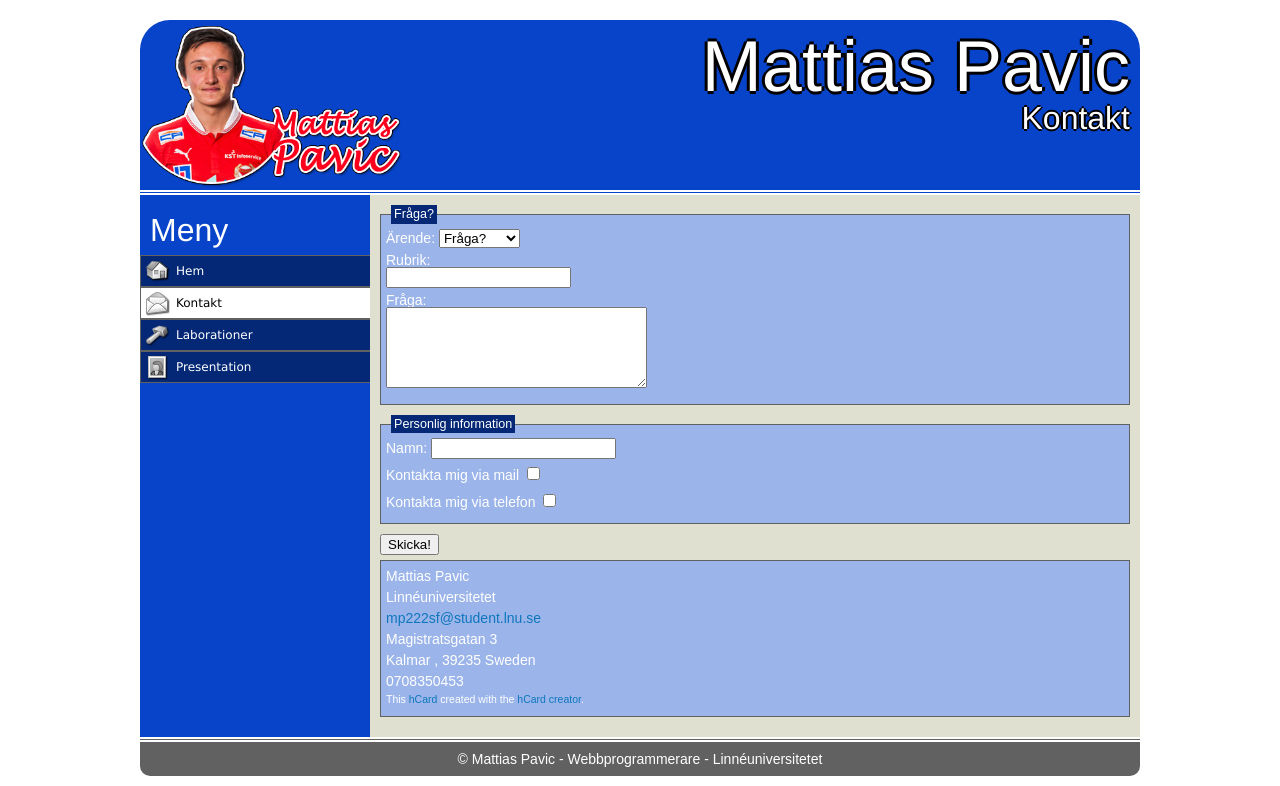
Repository: mp222sf/1ik415-laborationer
Page: pages/kontakt.html
The author's editor kept a record of every edit. The page is drawn from the files as they stood at one moment, then again after the next edit.
The browser window is 1280 px wide. The pictures show the whole page.

Above is the page before.

### pages/kontakt.html
<!doctype html>
<html lang="sv">
    <head>
        <meta charset="utf-8" />
        <title>Mattias Pavic</title>
        <meta name="viewport" content="width=device-width, initial-scale=1, user-scalable=0, maximum-scale=1">
        <link rel="stylesheet" href="../css/style.css" media="screen" />
        <link rel="stylesheet" href="../css/print.css" media="print" />
        <link rel="stylesheet" href="../css/mobileDevices.css" media="only screen and (max-width: 480px)" />
        <link rel="shortcut icon" type="image/png" href="../pics/favicon.png" />

    </head>
    <body>
        <div id="cointainer">
            <div id="header">
                  <h1>Mattias Pavic</h1>
                <h3>Kontakt</h3>
            </div>
            <div id="navigation_content">
            <div id="navigation">
                <h3>Meny</h3>
                    <ul id="meny">
                    <li><a id="meny_hem" href="../index.html">Hem</a></li>
                     <li><a class="current" id="meny_kontakt" href="kontakt.html">Kontakt</a></li>
                     <li><a id="meny_laborationer" href="laborationer.html">Laborationer</a></li>
                     <li><a id="meny_presentation" href="presentation.html">Presentation</a></li>
                    </ul>
            </div>
            <div id="content">
                <!--Här skriver vi infomation.-->

                <form action="http://voyager.lnu.se/tekinet/kurser/dtt/wp_webbintro/form.php" method="POST">
                    <fieldset>
                    <legend>Fråga?</legend>
                    <p class="form"><label for="arande">Ärende:</label> <select id="arande" name="arende">
                        <option value="arende_fraga" selected>Fråga?</option>
                        <option value="arende_feedback">Feedback</option>
                    </select></p>
                    <label for="rubrik">Rubrik:</label>
                    <p class="form"><input type="text" id="rubrik" name="rubrik" /></p>
                    <label for="fraga">Fråga:</label>
                    <p class="form"><textarea id="fraga" rows="5" cols="30" name="fraga"></textarea></p></fieldset>
                    <fieldset>
                    <legend>Personlig information</legend>
                    <p class="form"><label for="namn">Namn: </label><input id="namn" type="text" name="namn" /></p>
                    <p class="form"><label for="via-mail">Kontakta mig via mail </label><input id="via-mail" type="checkbox" name="via-mail" value="kontakt_mail" /> </p>
                    <p class="form"><label for="via-telefon">Kontakta mig via telefon </label><input id="via-telefon" type="checkbox" name="via-telefon" value="kontakt_telefon" /></p></fieldset>
                    <p class="form"></p>
                    <p class="form"><input type="submit" value="Skicka!" /></p>
                </form>


                <fieldset>
                <div id="hcard-Mattias-Pavic" class="vcard">

                    <span class="fn">Mattias Pavic</span>
                    <div class="org">Linnéuniversitetet</div>
                    <a class="email" href="mailto:mp222sf@student.lnu.se">mp222sf@student.lnu.se</a>
                    <div class="adr">
                        <div class="street-address">Magistratsgatan 3</div>
                        <span class="locality">Kalmar</span>
                        ,
                        <span class="postal-code">39235</span>

                        <span class="country-name">Sweden</span>

                    </div>
                    <div class="tel">0708350453</div>
                    <p class="italic, smaller-font-size">This <a href="http://microformats.org/wiki/hcard">hCard</a> created with the <a href="http://microformats.org/code/hcard/creator">hCard creator</a>.</p>
                </div>
                </fieldset>


            </div>
            </div>
            <div id="footer">
            © Mattias Pavic - Webbprogrammerare - Linnéuniversitetet
            </div>

        </div>




    </body>
</html>

### css/style.css
/* http://meyerweb.com/eric/tools/css/reset/
   v2.0 | 20110126
   License: none (public domain)
*/

html, body, div, span, applet, object, iframe,
h1, h2, h3, h4, h5, h6, p, blockquote, pre,
a, abbr, acronym, address, big, cite, code,
del, dfn, em, img, ins, kbd, q, s, samp,
small, strike, strong, sub, sup, tt, var,
b, u, i, center,
dl, dt, dd, ol, ul, li,
fieldset, form, label, legend,
table, caption, tbody, tfoot, thead, tr, th, td,
article, aside, canvas, details, embed,
figure, figcaption, footer, header, hgroup,
menu, nav, output, ruby, section, summary,
time, mark, audio, video {
	margin: 0;
	padding: 0;
	border: 0;
	font-size: 100%;
	font: inherit;
	vertical-align: baseline;
}
/* HTML5 display-role reset for older browsers */
article, aside, details, figcaption, figure,
footer, header, hgroup, menu, nav, section {
	display: block;
}
body {
	line-height: 1;
}
ol, ul {
	list-style: none;
}
blockquote, q {
	quotes: none;
}
blockquote:before, blockquote:after,
q:before, q:after {
	content: '';
	content: none;
}
table {
	border-collapse: collapse;
	border-spacing: 0;
}


a:link {
    color:#0E77BE;
    text-decoration: none;
}
a:visited {
    color:#0E77BE;
    text-decoration: none;

}

a:hover {
    color:#0744C9;
    text-decoration: underline;
}
a:focus {
    color:#0744C9;
    text-decoration: underline;
}
a:active {
    color:#0744C9;
    text-decoration: underline;
}



/*
        CONTAINER
                        */
#cointainer {
    background-color:white;
    color:black;
    width:1000px;
    margin: 0 auto;
    text-align:left;
    font-size: 14px;
    font-family: "Arial", "Lucida Grande", "Lucida Sans Unicode", Helvetica, sans-serif;

}





/* ------------------
        HEADER
   ------------------ */
#header {
    background-color:#0744C9;
    background-image: url('../pics/jag_logotype.png');
    background-size: contain;
    background-repeat: no-repeat;
    color:white;
    text-align:left;
    height:150px;
    padding:10px;
    margin: 20px 0px 0px 0px;
    border-radius: 30px 30px 0px 0px;

    border-bottom: 5px double white;

}
#header h1 {
    font-family: "Franklin Gothic Medium";
   font-size:72px;
   text-align: right;
   text-shadow: -3px 0 black, 0 3px black, 3px 0 black, 0 -3px black;
}
#header h3 {
    font-family: "Franklin Gothic Medium";
   font-size:32px;
   text-align: right;
   text-shadow: -2px 0 black, 0 2px black, 2px 0 black, 0 -2px black;
}


/* ------------------
    NAVIGATION-CONTENT
   ------------------ */
#navigation_content {

    background-color:#0744C9;
    height:100%;
    float:left;
}


/* ------------------
    NAVIGATION
   ------------------ */
#navigation           {
    line-height:30px;
    background-color:#0744C9;
    width:230px;
    height:100%;
    float:left;
    padding:0px;
    color:white;
}
#navigation h3 {
    font-family: "Franklin Gothic Medium";
   font-size:32px;
   margin-bottom:10px;
   margin-top:20px;
   margin-left:10px;

}
#navigation ul {
    list-style-type: none;
    margin-left:0px;
    font-size:12px;
}



#navigation li a {
display: block;
width: 195px;
margin-left: 0px;
padding: 0px 0px 0px 35px;
text-align: left;
font-family: "Lucida Grande", "Lucida Sans Unicode", Helvetica, Arial, sans-serif;
font-size: 12px;
color:#042875;
border-radius: 0px;
border: 1px solid #616161;
background: #042875;
background-image: url('pics/sprite.png');
background-repeat: no-repeat;
cursor: pointer;


}


#navigation li a:focus {
background:#0744C9;
color: white;
background-image: url('pics/sprite.png');
background-repeat: no-repeat;
cursor: pointer;
}
#navigation li a:hover {
cursor: pointer;
background:#0744C9;
color: white;
background-image: url('pics/sprite.png');
background-repeat: no-repeat;
cursor: pointer;
}
#navigation a:link, #navigation a:visited {
color: white;
text-decoration: none;
}


#navigation li a#meny_hem {
background-position: 5px -45px;
}
#navigation li a:hover#meny_hem {
background-position: 5px 3px;
}
#navigation li a:focus#meny_hem {
background-position: 5px 3px;
}

#navigation li a#meny_kontakt {
background-position: 5px -332px;
}
#navigation li a:hover#meny_kontakt {
background-position: 5px -284px;
}
#navigation li a:focus#meny_kontakt {
background-position: 5px -284px;
}

#navigation li a#meny_laborationer {
background-position: 5px -140px;
}
#navigation li a:hover#meny_laborationer {
background-position: 5px -92px;
}
#navigation li a:focus#meny_laborationer {
background-position: 5px -92px;
}

#navigation li a#meny_presentation {
background-position: 5px -236px;
}
#navigation li a:hover#meny_presentation {
background-position: 5px -188px;
}
#navigation li a:focus#meny_presentation {
background-position: 5px -188px;
}

#navigation li a.current {
background: white;
color: black;
background-image: url('pics/sprite.png');
background-repeat: no-repeat;
cursor: pointer;
}

/* ------------------
   MENY Lista i lista
   ------------------ */



#navigation #meny_lista li a {
display: block;
width: 230px;
margin-left: 0px;
padding: 0px 0px 0px 20px;
text-align: left;
font-family: "Lucida Grande", "Lucida Sans Unicode", Helvetica, Arial, sans-serif;
font-size: 12px;
color:white;
border-radius: 0px;
border: 1px solid #616161;
background: #4173DD;
background-image: none;
}
#navigation #meny_lista li a:focus {
background:#0744C9;
color: white;
cursor: pointer;
}
#navigation #meny_lista li a:hover {
background:#0744C9;
color: white;
cursor: pointer;
}
#navigation #meny_lista a:link, #navigation #meny_lista a:visited {
color: white;
text-decoration: none;
}


/* ------------------
        CONTENT
   ------------------ */
#content {
    width:750px;
    height:100%;
    background-color:#E0E0D1;
    float:left;
    padding:10px;


}
#content p {

   margin-bottom:5px;
   margin-top:0px;
   line-height: 140%;
}
#content strong {
   margin-top: 20px;
   font-size:20px;
   font-family: "Franklin Gothic Medium";



}
#content dt {
   margin-top: 10px;




}
#content dd {
    margin-left: 20px;
}
#content ul.little_list {
    list-style-type: square;
    margin-left: 30px;
}
#content li {
   margin-top: 10px;
}
#content li li {
   margin-top: 0px;



}
#content h3 {
    font-family: "Franklin Gothic Medium";
   font-size:32px;
   margin-bottom:10px;
   margin-top:20px;
}
#content h4 {
    font-family: "Franklin Gothic Medium";
   font-size:24px;
   margin-bottom:5px;
   margin-top:25px;
   border-bottom: 1px solid #1E1E1E;
}
#content h4.blogg {
   background-image: url('https://1ik415-laborationer-c9-mp222sf.c9.io/pics/jag_logotype.png');
   background-size: contain;
   background-repeat: no-repeat;
   font-size:24px;
   margin-bottom:5px;
   margin-top:25px;
   padding-left:45px;
}
#content p.bloggnamn {
font-style: italic;
text-align: right;
}

#content p.form {

}

#content fieldset {
    border:1px solid #616161;
    padding: 5px;
    background-color: #9bb4e9;
    margin-bottom: 10px;
    color: white;
    font-family: "Arial";


}

#content legend {
    padding: 3px;
    margin-left: 5px;
    margin-right: 5px;
  color:white;
  font-size:90%;
  text-align:left;
  background-color: #042875;
}
#content textarea {
    font-family: "Arial";
}


#resultat_tabell thead {
   font-weight:bold;
   padding: 3px;
   margin-top: 20px;
   margin-bottom: 20px;
   border: 1px solid black;
}
#resultat_tabell th {
    padding-top: 5px;
    padding-left: 3px;
   padding-bottom: 5px;
   background: #0744C9;
   text-align: center;

}
#resultat_tabell tbody td {
   padding: 3px;
   border-left: 1px solid black;
   border-right: 1px solid black;
}
#resultat_tabell tfoot td {
   padding: 3px;
   border: 1px solid black;
   background: #0744C9;
}
#resultat_tabell tr:nth-child(even) {background: #fff}
#resultat_tabell tr:nth-child(odd) {background: #9bb4e9}
#resultat_tabell klar {
    color: green;
}
#resultat_tabell ejklar {
    color: #7B7B7B;
}
#hcard-Mattias-Pavic {
    line-height: 150%;
}


/* ------------------
        MEDIA
   ------------------ */

#big_buck_bunny {
    margin-bottom:10px;
    margin-top:10px;
}


#jag_presentation {
    width: 20%;
    border-radius: 30px 30px 30px 30px;

}
#london2013 {
    width: 25%;
    padding: 10px;
}
#screenshot-mobile {
    width: 15%;
    margin: 10px;
    border: 1px solid black;
}



/* ------------------
        CLASSES
   ------------------ */
.right {
    float: right;
}

.left {
    float: left;
}
.italic {
    font-style: italic;
}
.smaller-font-size {
    font-size: 75%;
}
.space {
    height: 20px;
}






/* ------------------
        FOOTER
   ------------------ */
#footer {
    background-color:#616161;
    color:white;
    clear:both;
    text-align:center;
    padding:10px;
    margin: 0px 0px 10px 0px;
    border-radius: 0px 0px 10px 10px;
    border-top: 5px double white;
}

.clear{
    clear:both;
}

### css/print.css
/* http://meyerweb.com/eric/tools/css/reset/
   v2.0 | 20110126
   License: none (public domain)
*/

html, body, div, span, applet, object, iframe,
h1, h2, h3, h4, h5, h6, p, blockquote, pre,
a, abbr, acronym, address, big, cite, code,
del, dfn, em, img, ins, kbd, q, s, samp,
small, strike, strong, sub, sup, tt, var,
b, u, i, center,
dl, dt, dd, ol, ul, li,
fieldset, form, label, legend,
table, caption, tbody, tfoot, thead, tr, th, td,
article, aside, canvas, details, embed,
figure, figcaption, footer, header, hgroup,
menu, nav, output, ruby, section, summary,
time, mark, audio, video {
	margin: 0;
	padding: 0;
	border: 0;
	font-size: 100%;
	font: inherit;
	vertical-align: baseline;
}
/* HTML5 display-role reset for older browsers */
article, aside, details, figcaption, figure,
footer, header, hgroup, menu, nav, section {
	display: block;
}
body {
	line-height: 1;
}
ol, ul {
	list-style: none;
}
blockquote, q {
	quotes: none;
}
blockquote:before, blockquote:after,
q:before, q:after {
	content: '';
	content: none;
}
table {
	border-collapse: collapse;
	border-spacing: 0;
}


a:link {
    color:#0000CC;
    text-decoration: underline;
}
a:visited {
    color:#0000CC;
    text-decoration: underline;

}

a:hover {
    color:#0000CC;
    text-decoration: underline;
}
a:focus {
    color:#0000CC;
    text-decoration: underline;
}
a:active {
    color:#0000CC;
    text-decoration: underline;
}
a:after {
    content:" (" attr(href) ") ";


}



/*
        COINTAINER
                        */
#cointainer {
    background-color:white;
    color:black;
    width:1000px;
    margin: 0 auto;
    text-align:left;
    font-size: 14pt;
    font-family: "Georgia", "Times New Roman", sans-serif;

}





/*
        HEADER
                        */
#header {
    background-color:white;
    background-image: url('../pics/jag_logotype.png');
    background-size: contain;
    background-repeat: no-repeat;
    color:black;
    text-align:left;
    height:150px;
    padding:10px;
    margin: 20px 0px 0px 0px;
    border-radius: 30px 30px 0px 0px;

    border-bottom: 5px double white;

}
#header h1 {
   font-size:72pt;
   text-align: right;
}
#header h3 {
   font-size:32pt;
   text-align: right;

}

#navigation_content {

    background-color:white;
    width:100%;
    height:100%;
    float:left;



}
/*
        NAVIGATION
                        */
#navigation           {
    display: none;
}






/*
        CONTENT
                        */
#content {
    width:100%;
    height:100%;
    background-color:white;
    float:left;
    padding:10px;

}
#content p {

   margin-bottom:5px;
   margin-top:0px;
}
#content strong {
   margin-top: 20px;
   font-size:18pt;



}
#content dt {
   margin-top: 10px;




}
#content dd {
    margin-left: 20px;
}
#content ul.little_list {
    list-style-type: square;
    margin-left: 30px;
}
#content li {
   margin-top: 10px;
}
#content li li {
   margin-top: 0px;



}
#content h3 {
   font-size:32pt;
   margin-bottom:10px;
   margin-top:10px;
}
#content h4 {
   font-size:24pt;
   margin-bottom:5px;
   margin-top:25px;
   border-bottom: 1px solid #1E1E1E;
}
#content h4.blogg {
   background-image: url('https://1ik415-laborationer-c9-mp222sf.c9.io/pics/jag_logotype.png');
   background-size: contain;
   background-repeat: no-repeat;
   font-size:24pt;
   margin-bottom:5px;
   margin-top:25px;
   padding-left:45px;
}
#content p.bloggnamn {
    font-style: italic;
    text-align: right;
}

#content fieldset {
    border:1px solid black;
    padding: 5px;
    background-color: white;
    margin-bottom: 10px;
    color: black;
    font-family: "Arial";


}

#content legend {
    padding: 3px;
    margin-left: 5px;
    margin-right: 5px;
  color:black;
  font-size:90%;
  text-align:left;
  background-color: white;
}
#content textarea {
    font-family: "Georgia";
}


#resultat_tabell thead {
   font-weight:bold;
   padding: 3px;
   margin-top: 20px
   margin-bottom: 20px;
   border: 1px solid black;
}
#resultat_tabell th {
    padding-top: 5px;
    padding-left: 3px;
   padding-bottom: 5px;
   background: white;
   text-align: center;

}
#resultat_tabell tbody td {
   padding: 3px;
   border-left: 1px solid black;
   border-right: 1px solid black;
}
#resultat_tabell tfoot td {
   padding: 3px;
   border: 1px solid black;
   background: white;
}
#resultat_tabell tr:nth-child(even) {background: #fff}
#resultat_tabell tr:nth-child(odd) {background: white}
#resultat_tabell klar {
    color: green;
}
#resultat_tabell ejklar {
    color: black;
}


/*
        MEDIA
                        */

#big_buck_bunny {
    display: none;
    margin-bottom:10px;
    margin-top:10px;
}


#jag_presentation {
    width: 150px;
    border-radius: 30px 30px 30px 30px;

}
#london2013 {
    width: 200px;
    padding: 10px;
}

.right {
    float: right;
}

.left {
    float: left;
}

#content p.form {

}




/*
        FOOTER
                        */
#footer {
    background-color:white;
    color:black;
    clear:both;
    text-align:center;
    padding:10px;
    margin: 0px 0px 10px 0px;
    border-radius: 0px 0px 10px 10px;
    border-top: 5px double white;
}

.clear{
    clear:both;
}

### css/mobileDevices.css
/* ------------------
    CONTAINER
   ------------------ */

#cointainer {
    background-color:white;
    width:100%;
    text-align:left;

}




/* ------------------
    HEADER
   ------------------ */

#header {
    width: 100%;
    background-size: auto 125px;
    height:200px;
    padding: 0px;
    position: relative;
}
#header h1 {
    font-size:48px;
    text-align: right;
    position: absolute; bottom: 30px; left: 5px;
}
#header h3 {
    font-size:28px;
    text-align: right;
    position: absolute; bottom: 5px; left: 5px;
}


/* ------------------
    NAVIGATION-CONTENT
   ------------------ */

#navigation_content {
    width: 100%;
    padding: 0px;
}

/* ------------------
    NAVIGATION
   ------------------ */

#navigation           {
    width: 100%;
    display: block;
    padding: 0px;
    border-bottom: 5px double white;
}
#navigation h3 {
    display: none;
    margin-bottom:0px;
    margin-top:0px;
    margin-left:0px;
}
#navigation ul {
}
#navigation li a {
    width: 100%;
    font-size: 14px;
    padding: 0px 0px 0px 0px;
    border: 0px solid #616161;
    border-top: 1px solid #616161;
    border-bottom: 1px solid #616161;
    text-indent: 35px;
}
#navigation a {
    margin: 0px 0px 0px 35px;
}
#navigation li a:focus {
}
#navigation li a:hover {
}
#navigation a:link, #navigation a:visited {
}


/* ------------------
   NAVIGATION #MENY_LISTA
   ------------------ */

#navigation #meny_lista li a {
display: block;
width: 100%;
padding: 0px;
border: 0px solid #616161;
border-top: 1px solid #616161;
border-bottom: 1px solid #616161;
text-indent: 20px;
}
#navigation #meny_lista li a:focus {
}
#navigation #meny_lista li a:hover {

}
#navigation #meny_lista a:link, #navigation #meny_lista a:visited {
}




/* ------------------
    CONTENT
   ------------------ */

#content {
    width:100%;
    height:100%;
    background-color:#E0E0D1;
    padding: 0px;


}
#content p {
    padding-left: 5px;
    padding-right: 5px;
}
#content h3 {
    font-size:28px;
    padding: 5px;
}
#content h4 {
    font-size:20px;
    padding: 5px;
}
#content h4.blogg {
    font-size:20px;
    padding-left:55px;
}
#content p.bloggnamn {
}

#content p.form {
}

#content fieldset {
    margin-top: 10px;
    margin-left: 5px;
    margin-right: 5px;
}

#content legend {
    padding: 3px;
    margin-left: 5px;
    margin-right: 5px;
}
#content dt {
    padding-left: 5px;
    padding-right: 5px;
}
#content dd {
    margin-left: 25px;
}

#content ol li, #content ul li{
    padding-left: 5px;
    padding-right: 5px;
}

#resultat_div {
    overflow: auto;
}

#resultat_tabell {
    max-width: 100%;
    white-space: nowrap;
}
#resultat_tabell thead {
}
#resultat_tabell th {
}
#resultat_tabell tbody td {
}
#resultat_tabell tfoot td {
}
#resultat_tabell klar {
}
#resultat_tabell ejklar {
}
#resultat_tabell table {
    white-space: nowrap;
    margin: 4px;

}



/* ------------------
    CONTENT SPECIAL
   ------------------ */


#big_buck_bunny {
    width: 90%;
    margin-left: 15px;
    margin-right: auto;
}

img {
    max-width: 100%;
}
#london2013 {
    width: 92%;
    margin-left: auto;
    margin-right: auto;
    float: left;
}
#jag_presentation {
    display: block;
    float: none;
    position: center;
    width: 70%;
    margin-top: 10px;
    margin-left: auto;
    margin-right: auto;
}

#screenshot-mobile {
    width: 97%;
    margin-left: auto;
    margin-right: auto;
    float: left;
    display: block;
    border: 1px solid black;
}





/* ------------------
    FOOTER
   ------------------ */

#footer {
    background-color:#616161;
    color:white;
    clear:both;
    text-align:center;
    padding:10px;
    margin: 0px 0px 10px 0px;
    border-radius: 0px 0px 10px 10px;
    border-top: 5px double white;
}

After the next edit:
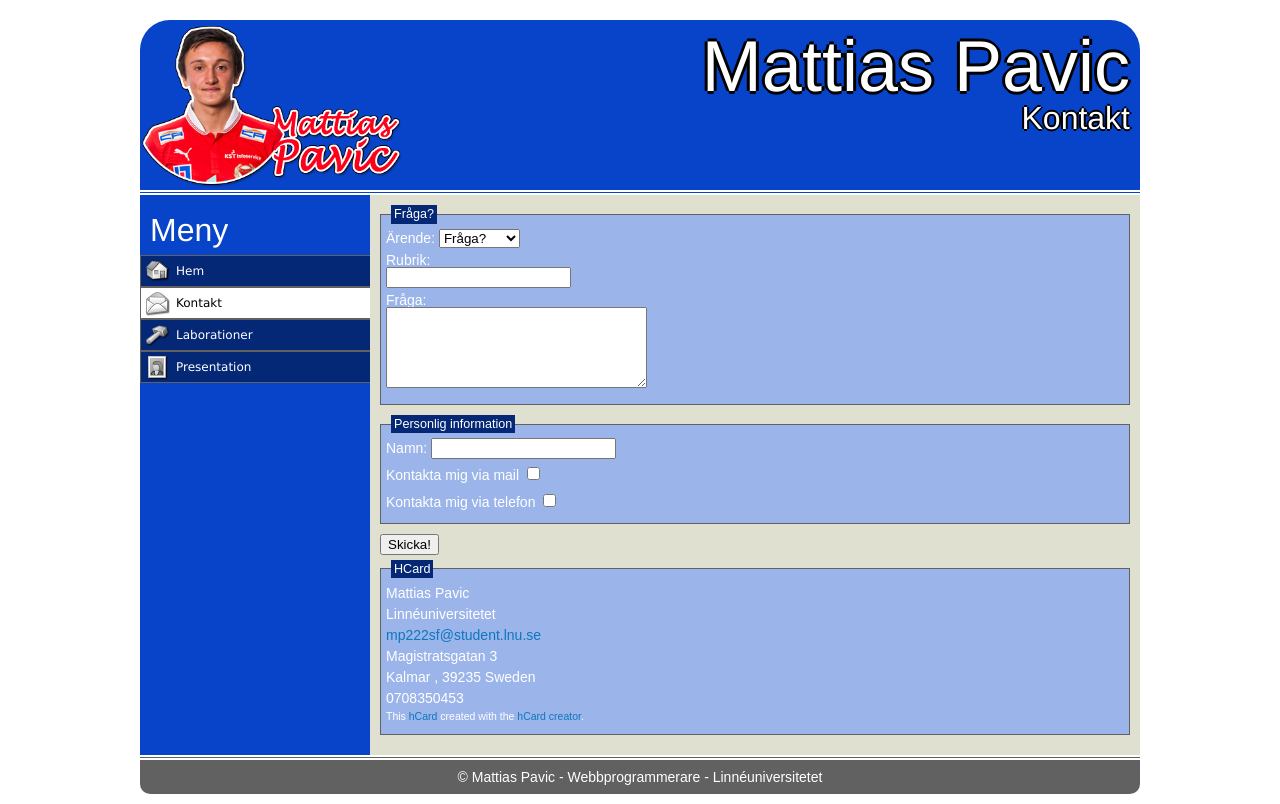
The edit:
--- a/pages/kontakt.html
+++ b/pages/kontakt.html
@@ -51,6 +51,7 @@
 
 
                 <fieldset>
+                <legend>HCard</legend>
                 <div id="hcard-Mattias-Pavic" class="vcard">
 
                     <span class="fn">Mattias Pavic</span>
